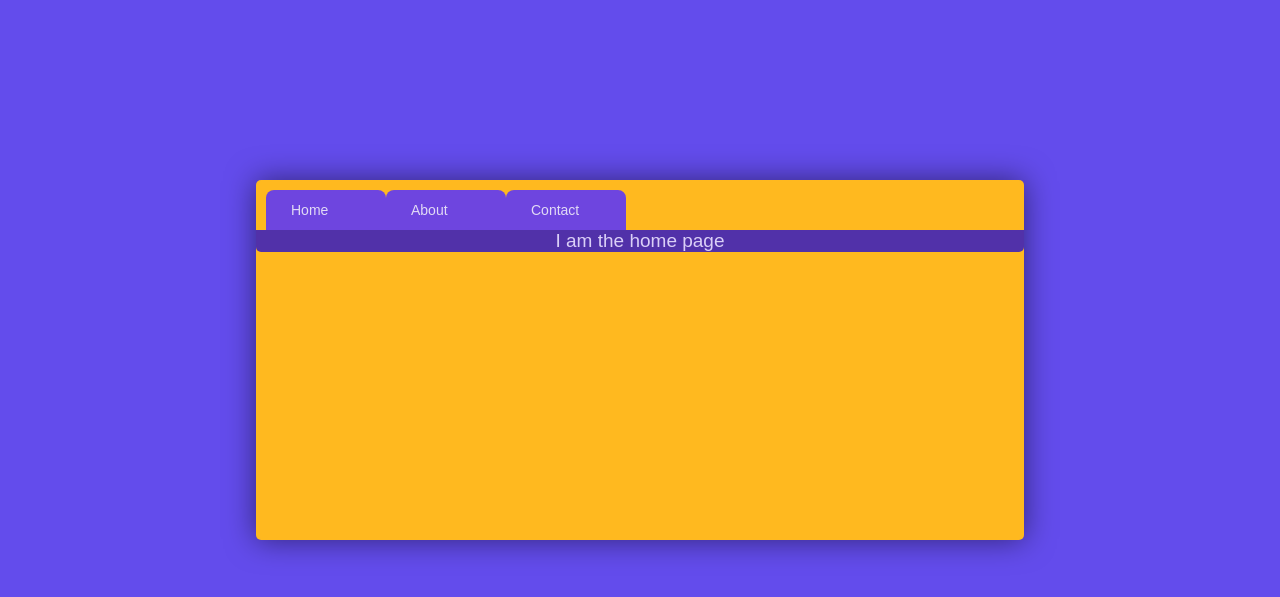
Repository: realistmccoy/browsertab
Page: /
These files come from the project's save history. The page is drawn as it stood at one moment and after the next save; the edit follows.
The browser window is 1280 px wide. The pictures show the whole page.
The project was rebuilt for these pictures with package versions that can differ from the ones it lists, and the page was loaded fresh each time. Also part of the build but not shown: src/pages/About.js, src/pages/Contact.js.

Above is the page before, as saved 2020-12-21 20:46:18.

### src/App.js
import React from 'react';
import { BrowserRouter as Router, Switch, Route, Link } from 'react-router-dom';
import Tab from './components/Tab';
import Home from './pages/Home'
import About from './pages/About'
import Contact from './pages/Contact'
import './App.css';

function App() {
	return (
		<Router>
			<div className='app'>
				<div className='browser'>
					<div className='tabs'>
            <Tab>
            <Link to='/'>Home</Link>
            </Tab>
            <Tab>
            <Link to='/about'>About</Link>
            </Tab>
            <Tab>
            <Link to='/contact'>Contact</Link>
            </Tab>

					</div>
					<div className='viewport'>
            <Switch>

          <Route path='/about'>
          <About />
          </Route>
          <Route path='/contact'>
          <Contact />
          </Route>
          <Route path='/' exact={true}>
          <Home />
          </Route>
          </Switch>
          </div>
				</div>
			</div>


		</Router>
	);
}

export default App;

### src/components/Tab.js
import React, { useState } from 'react';

function Tab({ children }) {
	const [highlightStyle, setHighlightStyle] = useState({
		left: 0,
		opacity: 0,
	});
	function moveHighlight(e) {
		//update highlight
		setHighlightStyle({
			left: e.nativeEvent.layerX,
		});
	}

	function hideHighlight(e) {
		setHighlightStyle({
			opacity: 0,
			left: e.nativeEvent.layerX,
		});
	}

	return (
		<div className='tab' onMouseOut={hideHighlight} onMouseMove={moveHighlight}>
			<div className='highlight' style={highlightStyle} />
			{children}
		</div>
	);
}

export default Tab;

### src/pages/Home.js
import React from 'react';

function Home() {
	return <div>I am the home page</div>;
}

export default Home;

### src/App.css
* {
	box-sizing: border-box;
}

body {
	font-family: Arial, Helvetica, sans-serif;
	font-size: 19px;
	margin: 0;
	padding: 0;
}

.app {
	display: flex;
	align-items: center;
	justify-content: center;
	background: #634cec;
	min-height: 100vh;
}

.browser {
	display: flex-flow;
	flex-direction: column;
	background: #ffb91f;
	border-radius: 5px;
	box-shadow: 0 0 30px rgba(0, 0, 0, 0.5);
	min-width: 60%;
	min-height: 50vh;
}

.tabs {
	flex-shrink: 1;
	padding-left: 10px;
	padding-right: 10px;
	display: flex;
	padding-top: 10px;
}

.tab {
	position: relative;
	background: #6e45df;
	min-width: 120px;
	font-size: 14px;
	border-top-left-radius: 8px;
	border-top-right-radius: 8px;
	transition: 0.3s ease all;
	overflow: hidden;
	cursor: pointer;
}

.tab a {
	display: block;
	padding: 12px 25px;
	color: #e1daf5;
	text-decoration: none;
}

.tab a.is-active {
	background: #5131a9;
	color: #eee;
}

.address-bar {
	background: #5533b3;
	padding: 8px;
}

.address-bar input {
	background: #3a2081;
	color: #eee;
	border-radius: 20px;
	border: none;
	outline: none;
	width: 100%;
	padding: 8px 20px;
	font-size: 18px;
}

.viewport {
	display: flex;
	align-items: center;
	justify-content: center;
	background: #5131a9;
	color: #dacff7;
	flex: 1;
	flex-grow: 1;
	border-bottom-left-radius: 5px;
	border-bottom-right-radius: 5px;
}

/**
 * Add your highlight code here
 */

.highlight {
	display: block;
	position: absolute;
	height: 80px;
	width: 50px;
	top: -10px;
	left: -330px;
	border-radius: 50%;
	transition: 0.3s, ease-in-out;
	opacity: 0.3;
	pointer-events: none;
	background: radial-gradient(rgb(134, 101, 225), rgba(194, 180, 233, 0));
}

Loaded but not shown: public/index.html (common file); src/index.js (common file)

After the next save:
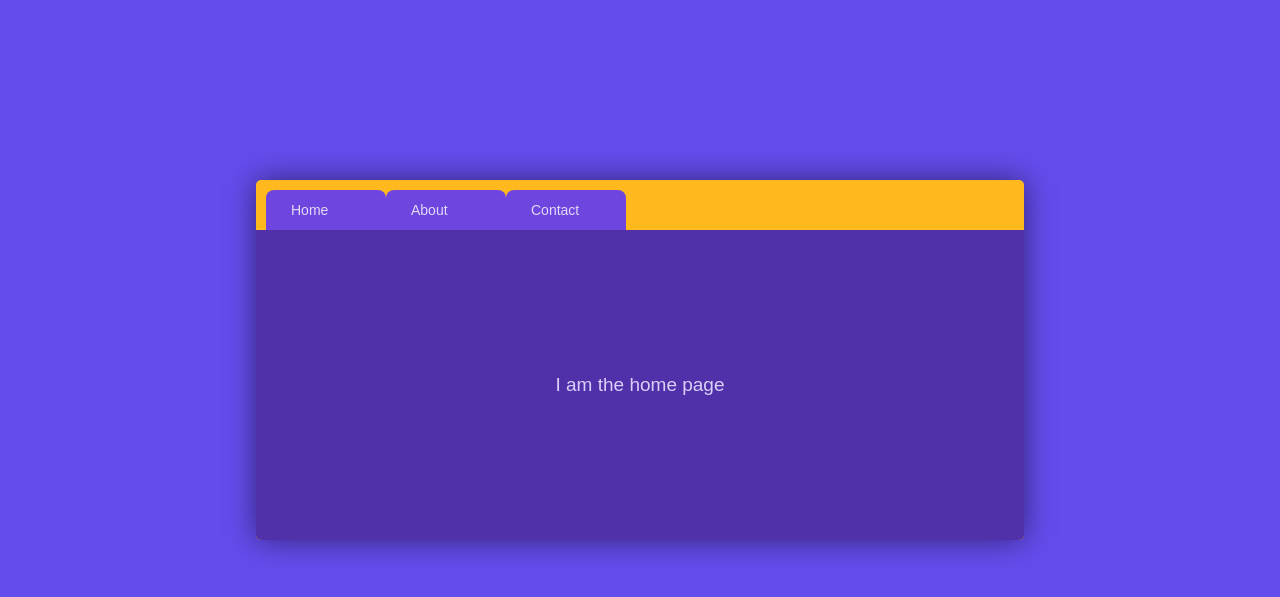
Saved 12 s later.
--- a/src/App.css
+++ b/src/App.css
@@ -18,7 +18,7 @@ body {
 }
 
 .browser {
-	display: flex-flow;
+	display: flex;
 	flex-direction: column;
 	background: #ffb91f;
 	border-radius: 5px;
